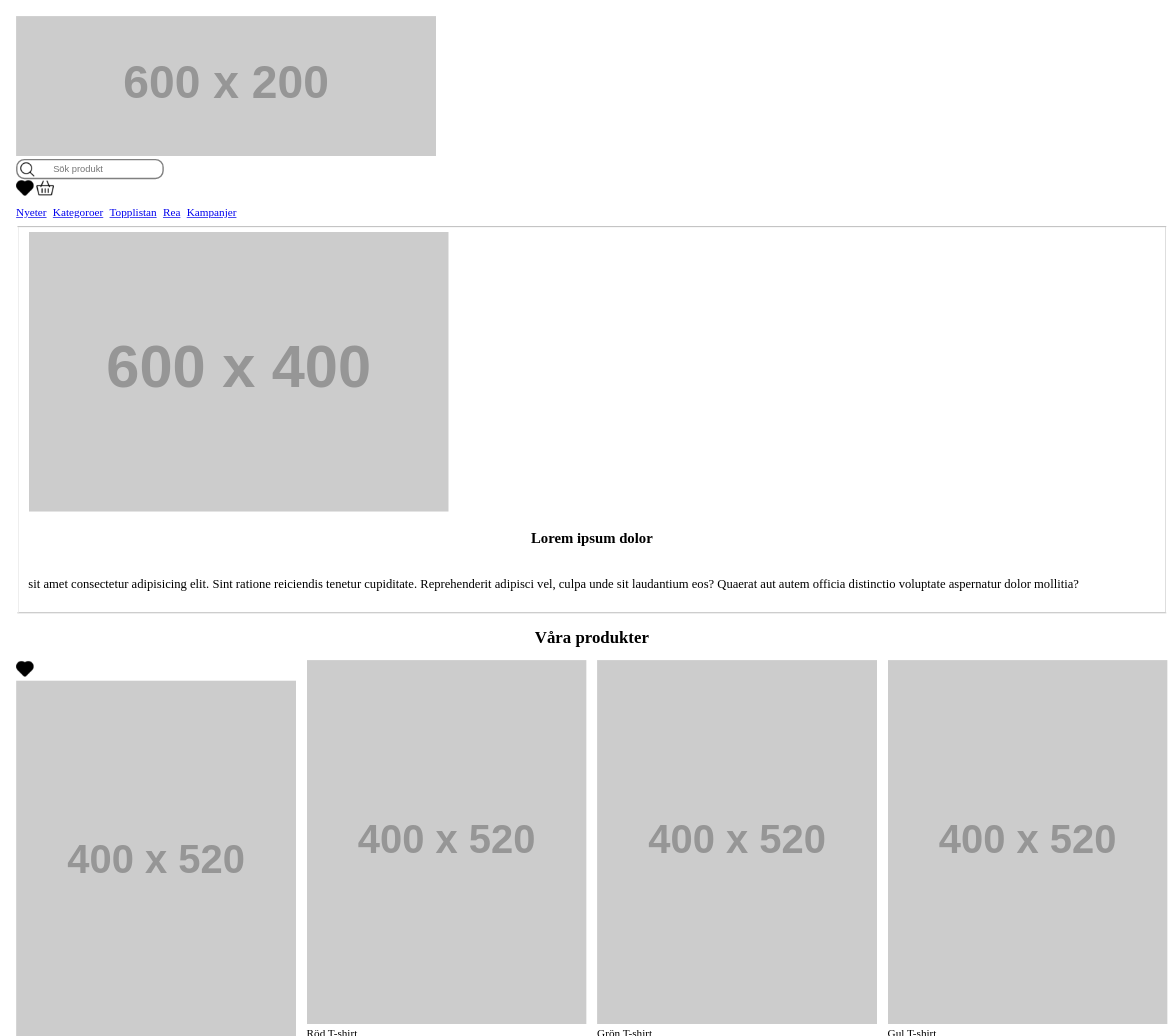
Repository: Kalle1995/project
Page: index.html
An editor plug-in stored every save of this project. The page is shown before and after the next save, followed by the edit.
The browser window is 1280 px wide. The page is 1668 px wide, so the pictures cover 1668 px, including what lies to the right of the window. The pictures show the part of the page from y = 0 to 1480 px (the page is 2130 px tall before and 2109 px after), at 70% of full size.

Above is the page before, as saved 2024-10-04 18:36:39.

### index.html
<!DOCTYPE html>
<html lang="sv">
  <head>
    <meta charset="UTF-8" />
    <meta name="viewport" content="width=device-width, initial-scale=1.0" />
    <title>Freaky Fashion</title>

    <link rel="stylesheet" href="main.css" />
  </head>

  <body>
    <header>

      <section>
        <div class="wholeHead">
      <img
          src="https://placehold.co/600x200 " width="600" height="200"
          alt="icon" class="icon"
        />

        <div class="searchAndIcons">
        <input type="search" placeholder="       Sök produkt" class="search">
        <div class="headIcons">
          <a href="#"><img src="bilder/full heart.png" alt="favourite"></a>
          <a href="#"><img src="bilder/cart.png" alt="cart"></a>
        </div>
        </div>
      </div>
        <!--
        jag behöver fixa att man kan sriva och iconen förvinner
        -->

        <!--
        om, jag har div för input typ så den ta hela raden
            -->


        <div>
          <nav class="NavList">
            <ul>
                <li><a href="#">Nyeter</a></li>
                <li class="ejnav"><a href="#">Kategoroer</a></li>
                <li><a href="#">Topplistan</a></li>
                <li><a href="#">Rea</a></li>
                <li><a href="#">Kampanjer</a></li>
            </ul>
          </nav>
        </div>
            <!--
            <dl> och <dt> använda man i detta falet
                -->

      </section>

    </header>

    <main>
        <section class="mid">
            <article>
                <fieldset>
                    <img src="https://placehold.co/600x400" alt="" class="loremPic" >
                    <p>
                       <h1> Lorem ipsum dolor</h1>
                       <br>sit amet consectetur adipisicing elit. Sint ratione reiciendis tenetur cupiditate. Reprehenderit adipisci vel, culpa unde sit laudantium eos? Quaerat aut autem officia distinctio voluptate aspernatur dolor mollitia?
                    </p>
               </fieldset>
            </article>
        </section>
        <section class="products">
            <h1>Våra produkter</h1>
            <div class="container">
              <!-- grid container -->

              <div>
               <img src="bilder/full heart.png" alt="">
                <img
                  src="https://placehold.co/400x520/png?text=Black+T-shirt"
                  alt="Svart T-shirt"
                />
                Svart T-shirt
              </div>

              <div>
                <img
                  src="https://placehold.co/400x520/png?text=Red+T-shirt"
                  alt=""
                />
                Röd T-shirt
              </div>

              <div>
                <img
                  src="https://placehold.co/400x520/png?text=Green+T-shirt"
                  alt=""
                />
                Grön T-shirt
              </div>

              <div>
                <img
                  src="https://placehold.co/400x520/png?text=Gul+T-shirt"
                  alt=""
                />
                Gul T-shirt

              </div>

              <div>
                <img src="https://placehold.co/400x520/png?text=Red+T-shirt" alt="">
                Röd T-shirt
              </div>

              <div>
                <img src="https://placehold.co/400x520/png?text=Red+T-shirt" alt="">
                Röd T-shirt
              </div>

              <div>
                <img src="https://placehold.co/400x520/png?text=Red+T-shirt" alt="">
                Röd T-shirt
              </div>

              <div>
                <img src="https://placehold.co/400x520/png?text=Red+T-shirt" alt="">
                Röd T-shirt
              </div>

              </div>


          </section>

    </main>
<br>

    <footer>
      <div class="Company">&copy; Freaky Fashion</div>
    </footer>
  </body>
</html>

### main.css


body {
    padding: 15px;
    font-size: 2em;
    display: grid;

}


h1 {
    text-align: center;

}

.products > div {
    display: grid;
    gap: 15px;

}

ul {
    list-style-type: none;
    margin: 0;
    padding: 0;

  }
.search {
  border: 2px solid gray;
  border-radius: 12px;
  padding: 5px;
  display: inline;
  background-image: url(bilder/search.png);
  background-repeat: no-repeat;
  background-position: 4px;
  padding-left: 25px;

}

.NavList {
    display: block;
    padding-bottom: 10px;
    padding-top: 10px;

}
.container {
    position: relative;

}




 @media (max-width:640px){
    .mid {
        position: relative;
        display: block;
        font-size: medium;
    }


    .ejnav {
        display: none;
    }
    li {
        margin-bottom: 3px;
    }

   /* .icon {
        -ms-flex: 100%;
        felx: 100%;
        max-width: 100%;;
    }
        */

    .search{
        width: 75%;

    }
    .icon {
        width: 100%;
    }
    .searchAndIcons {
        display: flex;
    }
    .container {
        position: relative;
        left: auto;
        right: auto;
    }


}


@media (min-width: 640px) {
    .products > div {
        grid-template-columns: repeat(2, 1fr);
        .headicons {
            padding-left: 95%;
        }
    }

    .wholeHead {
        display: inline;
    }

    .mid {
        position: relative;
        display: block;
        font-size: large;
    }




}
    body {
        font-size: 1.5em;
            }


 @media (min-width: 1024px) {
        .products > div {
            grid-template-columns: repeat(4, 1fr);
        }

        body {
            font-size: 1em;
        }
        .listan {
            display: flex;
        }
        li {
            display: inline;
            margin-right: 5px;
        }




      }





/*
    @media (max-width:1024px) {
        .ejnav {
            display: none;
        }

      }
*/



      /*
      @media print {
        body {
            font-size: 4em;
        }
        img {
            display: none;
        }
      }
*/



/*
här för Nyproduckt sidan
*/


header > h3 {
    position: absolute;
    left: 10px;
    bottom: auto;
}

.vänster {
    display: grid;
    grid-template-rows: 100%;
    background-color: gray;
}


.liggTill {
    hero-text button:hover
}


/*
kassa sidan
*/

.kassa {
    text-align: center;

}






.buy > button{
    display: grid;
    align-items: center;
    width: 80px;
    height: 30px;
    background-color: rgb(255, 255, 255);
    margin-left: 50% ;
    font-weight: bold;
    border-radius: 10px;

}


.no-space {
    margin: 0;
    padding: 0;
    border: none;
    border-top: 1px solid black; /* Valfri färg eller stil på linjen */
}


.omOss {
    padding: 15px;
    background-color: rgb(207, 206, 206)
}

.list-container {
    display: inline-flex;
    justify-content: space-between; /* Ser till att listorna sprids ut jämnt */
    gap: 150px; /* Mellanrum mellan listorna */
}

.list {
    flex: 1; /* Gör att listorna tar upp lika mycket plats */
    padding-left: 15px;
}

.list h3 {
    margin-bottom: 20px;
}

.list li {
    list-style-type: none; /* ingen punkter i listan */
    padding: 0;
}

.list li ul {
    margin-bottom: 10px;
}




/*
Administration
*/

.AD {
  width: 115%;
  padding-left: 15px;
  margin-left: -25px;
  margin-top: -25px;
  float: left;
  font-style: normal;
  background-color: rgb(0, 0, 0);
  position: relative;
  display: flex;
  color: white;
}
.PR {
    background-color: rgb(209, 209, 208);
    height: auto;
    margin-left: -25px;
    padding-left: 20px;
    margin-right: auto;
    padding-right: 70px;
    padding-top: 15px;
    font-weight: bold;
    position: relative;
  }
  .AR{
    position: relative;;
    left: 200px;
    top: -40px;

  }













/*

.Company{
    text-align: center;
    bottom: auto;
}

After the next save:
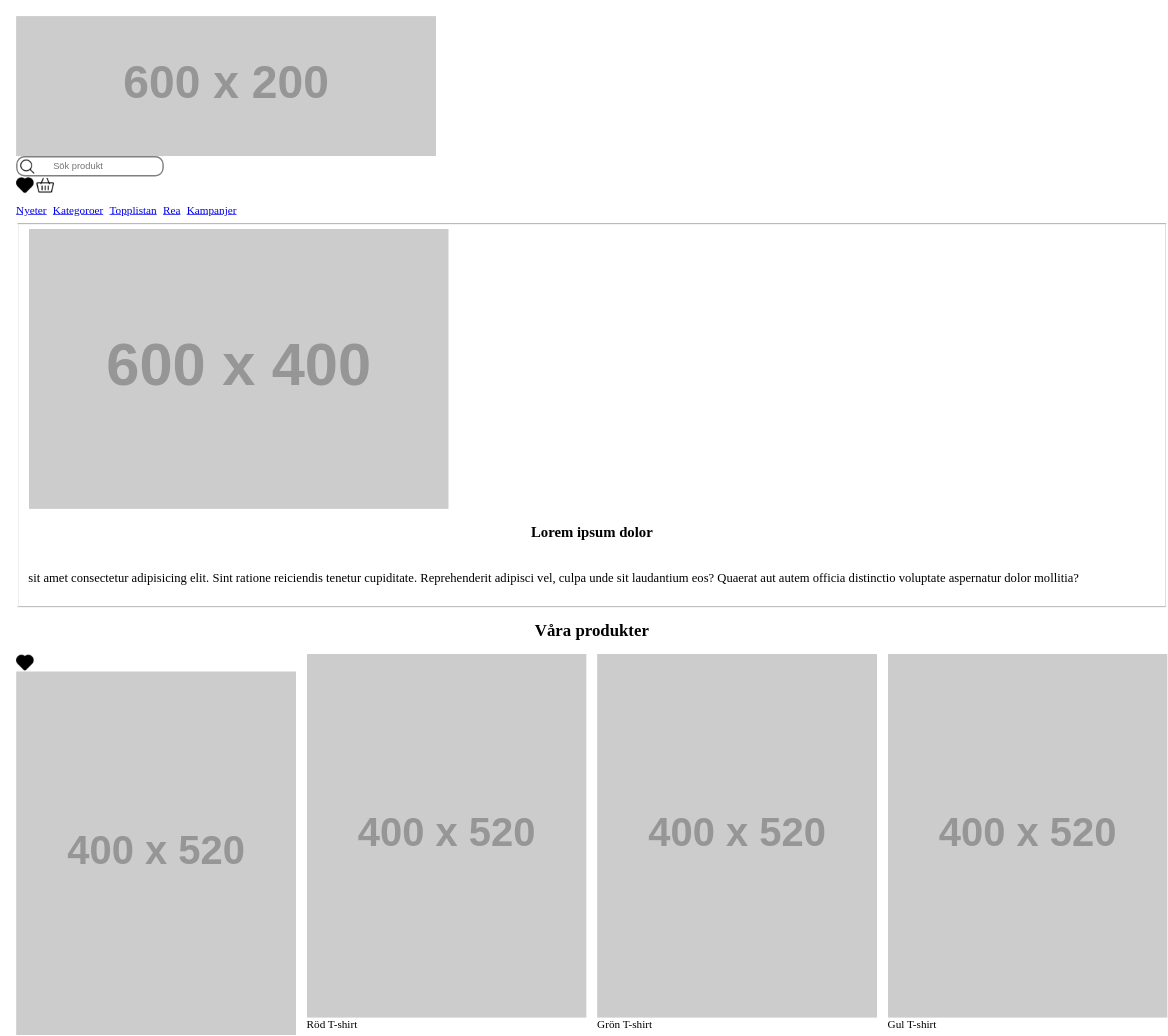
Saved 25 h 55 min later.
--- a/index.html
+++ b/index.html
@@ -1,3 +1,15 @@
+<div>
+  <div>
+    <div>
+      <div>
+
+      </div>
+    </div>
+  </div>
+</div>
+
+
+
 <!DOCTYPE html>
 <html lang="sv">
   <head>

After the save that followed:
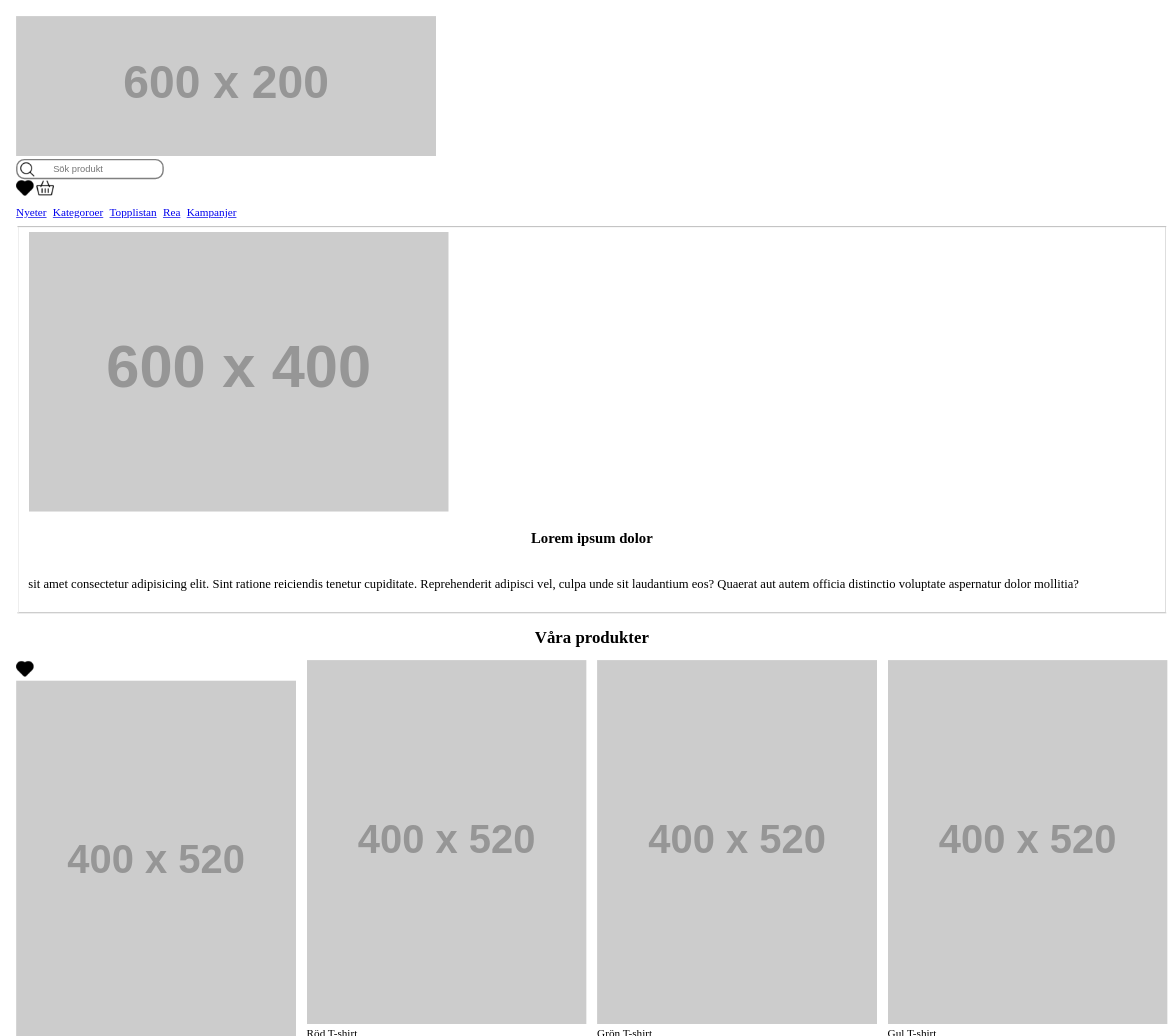
Saved 2 min 35 s later.
--- a/index.html
+++ b/index.html
@@ -1,14 +1,3 @@
-<div>
-  <div>
-    <div>
-      <div>
-
-      </div>
-    </div>
-  </div>
-</div>
-
-
 
 <!DOCTYPE html>
 <html lang="sv">
